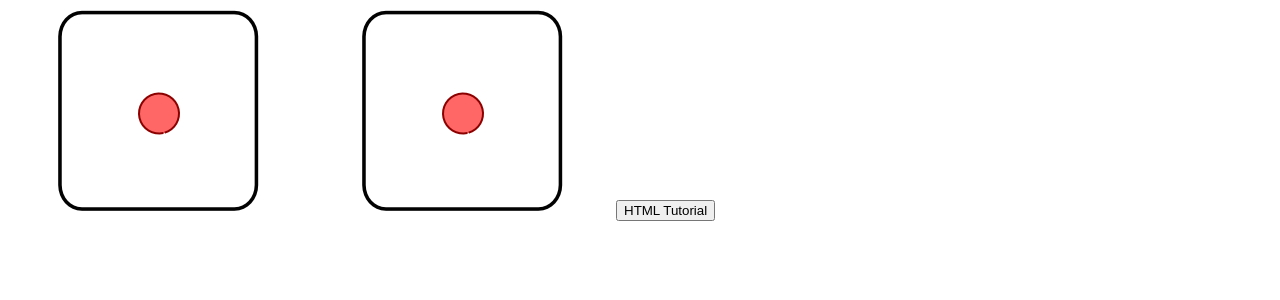
Repository: boseung2/Study-JSP
Page: MyWebSite/WebContent/index.html
The author's editor kept a copy of each file at every save. The page is drawn from the files as they stood at one save, then again after the next save.
The browser window is 1280 px wide. The pictures show the whole page.

Above is the page before, as saved 2021-01-20 03:50:28.

After the next save:
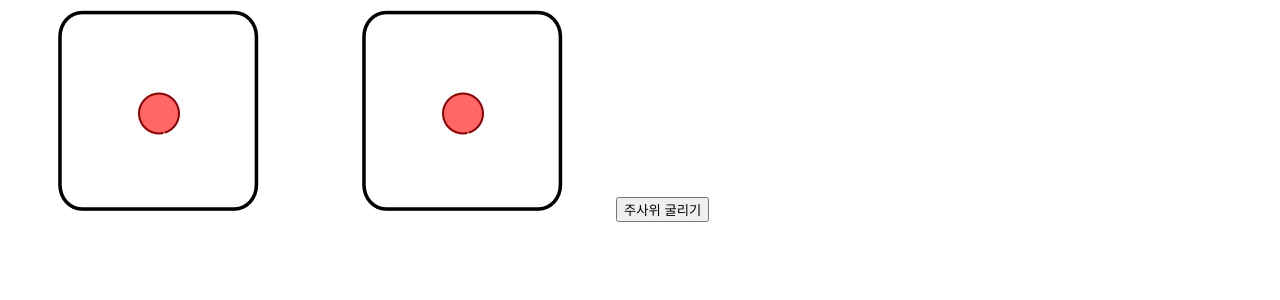
Console error (its wording comes from the project's code and is left out).
Saved 40 s later.
--- a/MyWebSite/WebContent/index.html
+++ b/MyWebSite/WebContent/index.html
@@ -7,6 +7,6 @@
 <body>
 <img src="/image/dice1.jpg" alt="dice">
 <img src="/image/dice1.jpg" alt="dice">
-<button onclick="document.location='default.asp'">HTML Tutorial</button>
+<button onclick="http://localhost/Dice\">주사위 굴리기</button>
 </body>
 </html>
